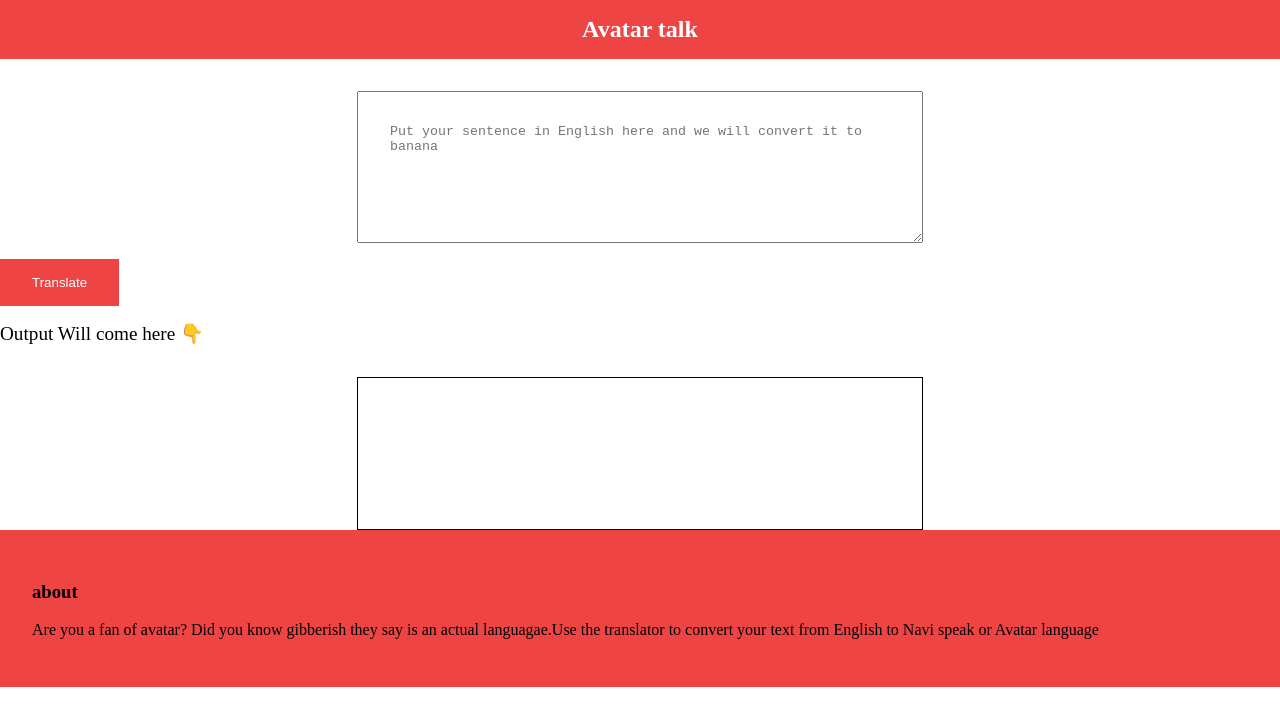
Repository: sohan2503001/Avator-speak
Page: index.html
The author's editor kept a copy of each file at every save. The page is drawn from the files as they stood at one save, then again after a run of saves.
The browser window is 1280 px wide. The pictures show the whole page.

Above is the page before, as saved 2021-04-21 11:55:09.

After the next 2 saves:
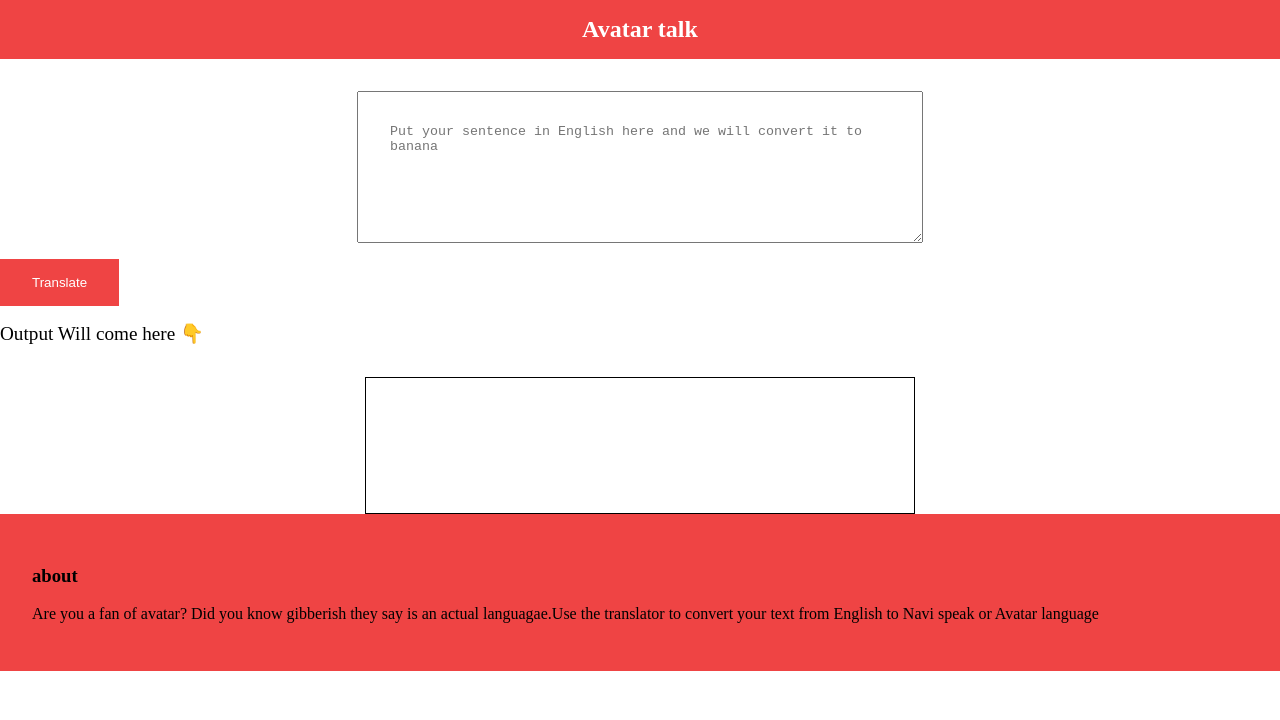
The 2 saves are shown as one change because they came seconds apart.
The last was saved 25 s later.
--- a/style.css
+++ b/style.css
@@ -45,8 +45,9 @@ textarea{
     width: 80%;
     margin: auto;
     margin-top: 2rem;
-    padding: 2rem;
+    padding: 1.5rem;
 }
+
 /**footer**/
 
 footer{
